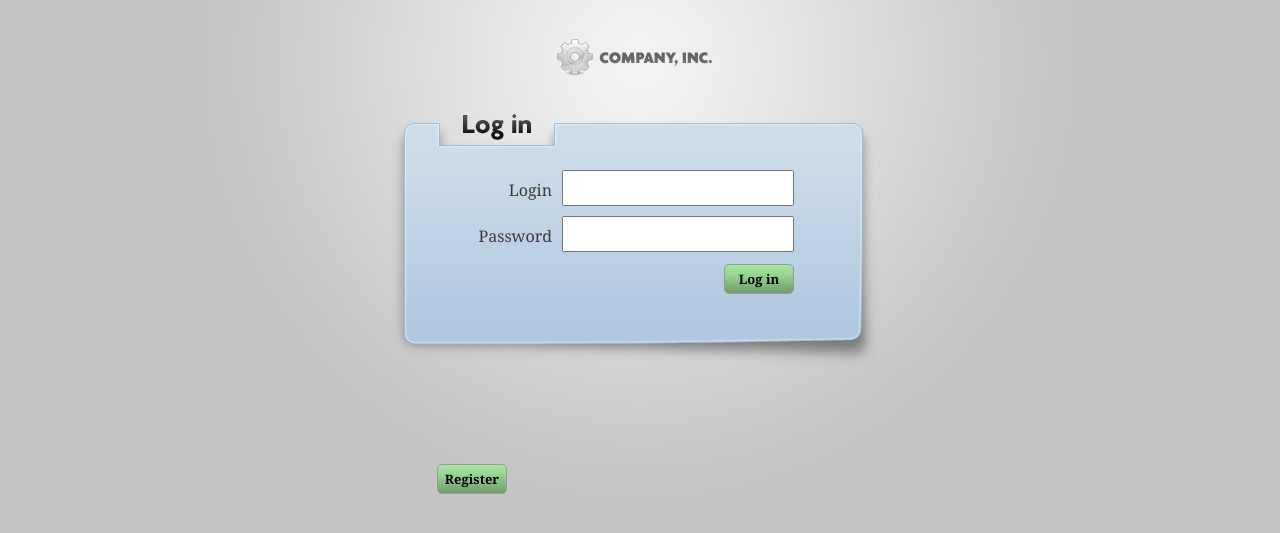
Repository: zlenyk/wrzucak
Page: http://localhost/Shop/index.html
These files come from the project's save history. The page is drawn as it stood at one moment and after the next save; the edit follows.
The browser window is 1280 px wide. The pictures show the whole page.
The page is served by Tomcat 9.

Above is the page before, as saved 2013-09-20 10:04:03.

### Shop/WebContent/index.html
<!DOCTYPE html PUBLIC "-//W3C//DTD XHTML 1.0 Transitional//EN" "http://www.w3.org/TR/xhtml1/DTD/xhtml1-transitional.dtd">
<html xmlns="http://www.w3.org/1999/xhtml">

<head>
	<meta http-equiv="Content-Type" content="text/html; charset=UTF-8" />

	<title>Login Page</title>

	<link rel="stylesheet" type="text/css" href="style.css" />

</head>

<body>

	<form id="login-form" method="post" action="http://localhost:8080/Shop/Login">
		<fieldset>

			<legend>Log in</legend>

			<label for="login">Login</label>
			<input type="text" id="login" name="login"/>
			<div class="clear"></div>

			<label for="password">Password</label>
			<input type="password" id="password" name="password"/>
			<div class="clear"></div>

			<input type="hidden" name ="action" value = "login" />

			<br />

			<input type="submit" style="margin: -20px 0 0 287px;" class="button" name="commit" value="Log in"/>
		</fieldset>
	</form>

	<form id="login-form" method="post" action="http://localhost:8080/Shop/Registration">
			<input type="submit" style="margin: 110px 0 0 0px;" class="button" name="commit" value="Register"/>
	</form>
</body>

</html>

### Shop/WebContent/style.css
*					{ margin: 0; padding: 0; }
body				{ font-family: Georgia, serif; background: url(images/login-page-bg.jpg) top center no-repeat #c4c4c4; color: #3a3a3a;  }

.clear				{ clear: both; }

form				{ width: 406px; margin: 170px auto 0; }

legend				{ display: none; }

fieldset			{ border: 0; }

label				{ width: 115px; text-align: right; float: left; margin: 0 10px 0 0; padding: 9px 0 0 0; font-size: 16px; }

input				{ width: 220px; display: block; padding: 4px; margin: 0 0 10px 0; font-size: 18px;
					  color: #3a3a3a; font-family: Georgia, serif;}
input[type=checkbox]{ width: 20px; margin: 0; display: inline-block; }

.button				{ background: url(images/button-bg.png) repeat-x top center; border: 1px solid #999;
					  -moz-border-radius: 5px; padding: 5px; color: black; font-weight: bold;
					  -webkit-border-radius: 5px; font-size: 13px;  width: 70px; }
.button:hover		{ background: white; color: black; }

After the next save:
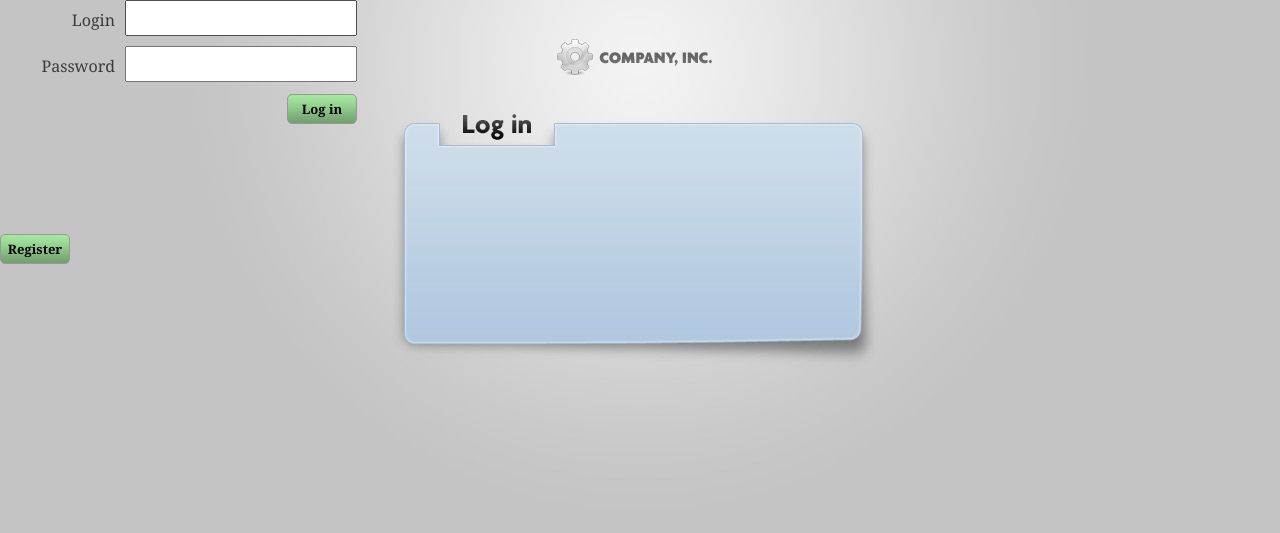
Saved 20 s later.
--- a/Shop/WebContent/style.css
+++ b/Shop/WebContent/style.css
@@ -3,7 +3,7 @@
 
 .clear				{ clear: both; }
 
-form				{ width: 406px; margin: 170px auto 0; }
+form				{ width: 406px; auto 0; }
 
 legend				{ display: none; }
 

After the save that followed:
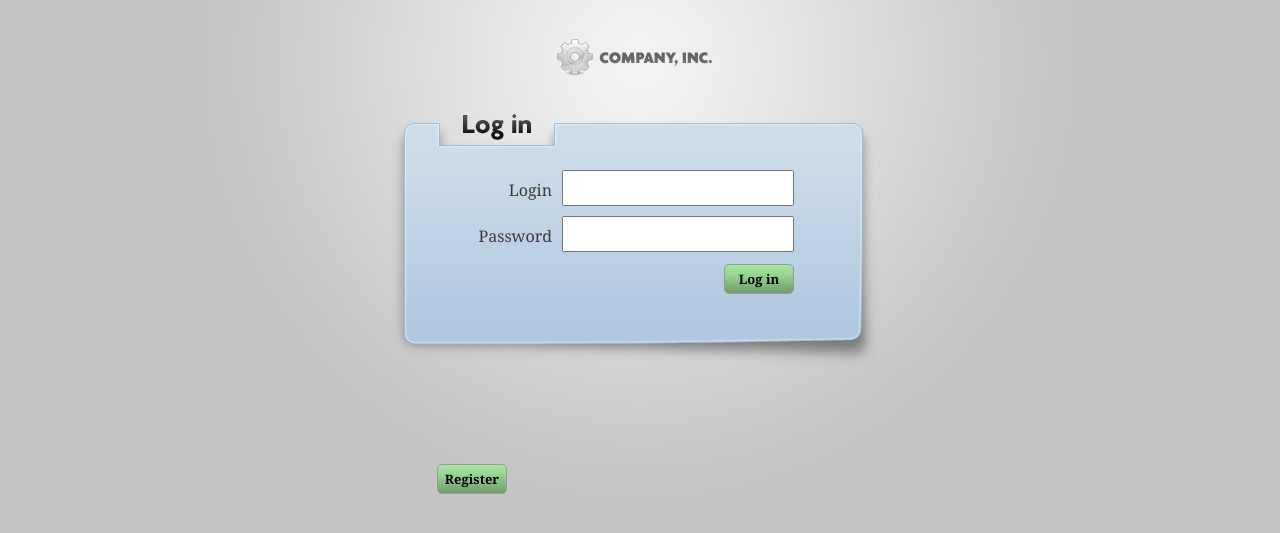
Saved 11 s later.
--- a/Shop/WebContent/style.css
+++ b/Shop/WebContent/style.css
@@ -3,7 +3,7 @@
 
 .clear				{ clear: both; }
 
-form				{ width: 406px; auto 0; }
+form				{ width: 406px; margin: 170px auto 0; }
 
 legend				{ display: none; }
 
